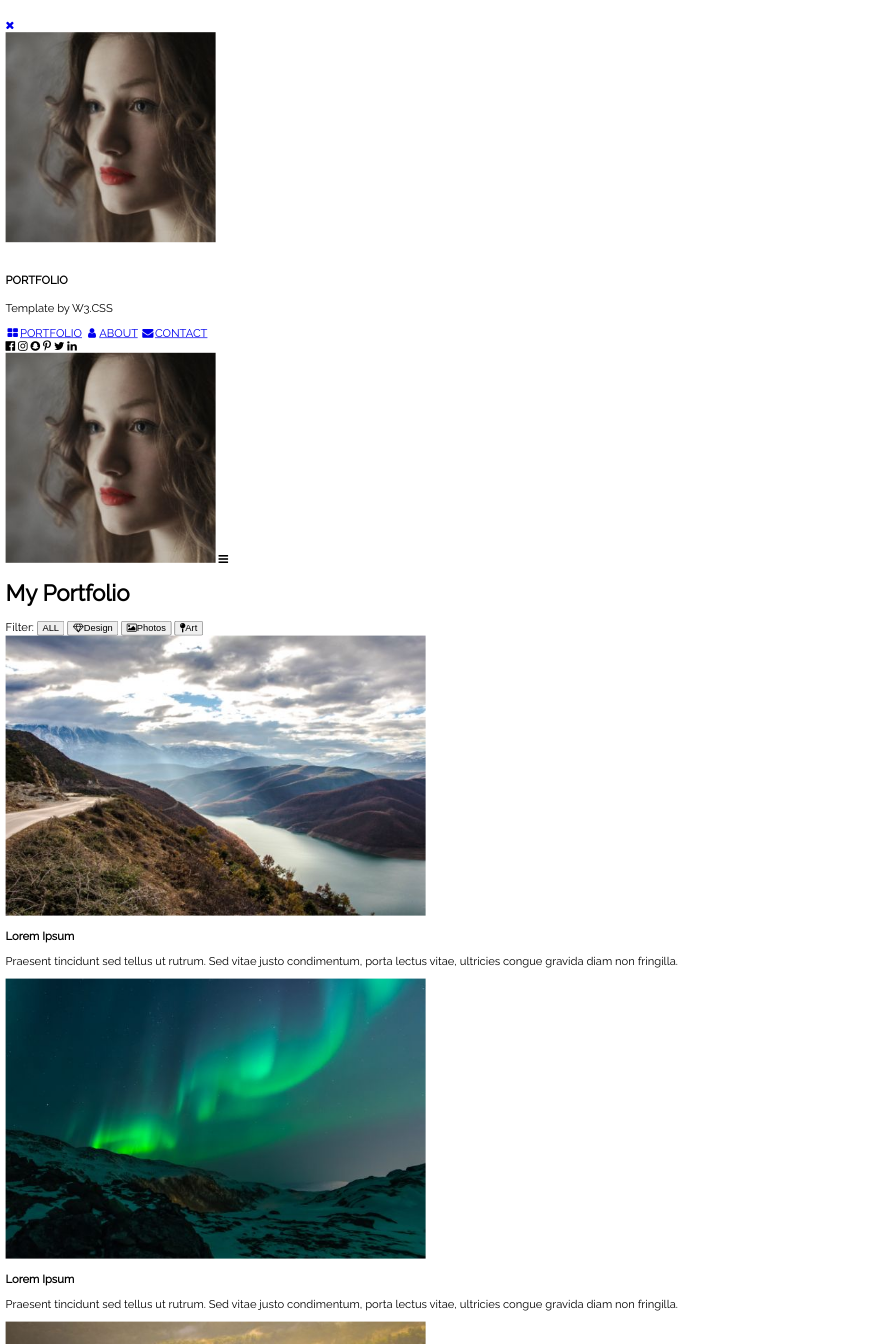
Repository: hesshess/clonecoding-assignment
Page: 5-nature-portfolio/template5.html
These files come from the project's save history. The page is drawn as it stood at one moment and after the next save; the edit follows.
The browser window is 1280 px wide. The pictures show the part of the page from y = 0 to 1920 px (the page is 6533 px tall before and 6248 px after), at 70% of full size.

Above is the page before, as saved 2022-03-18 14:02:38.

After the next save:
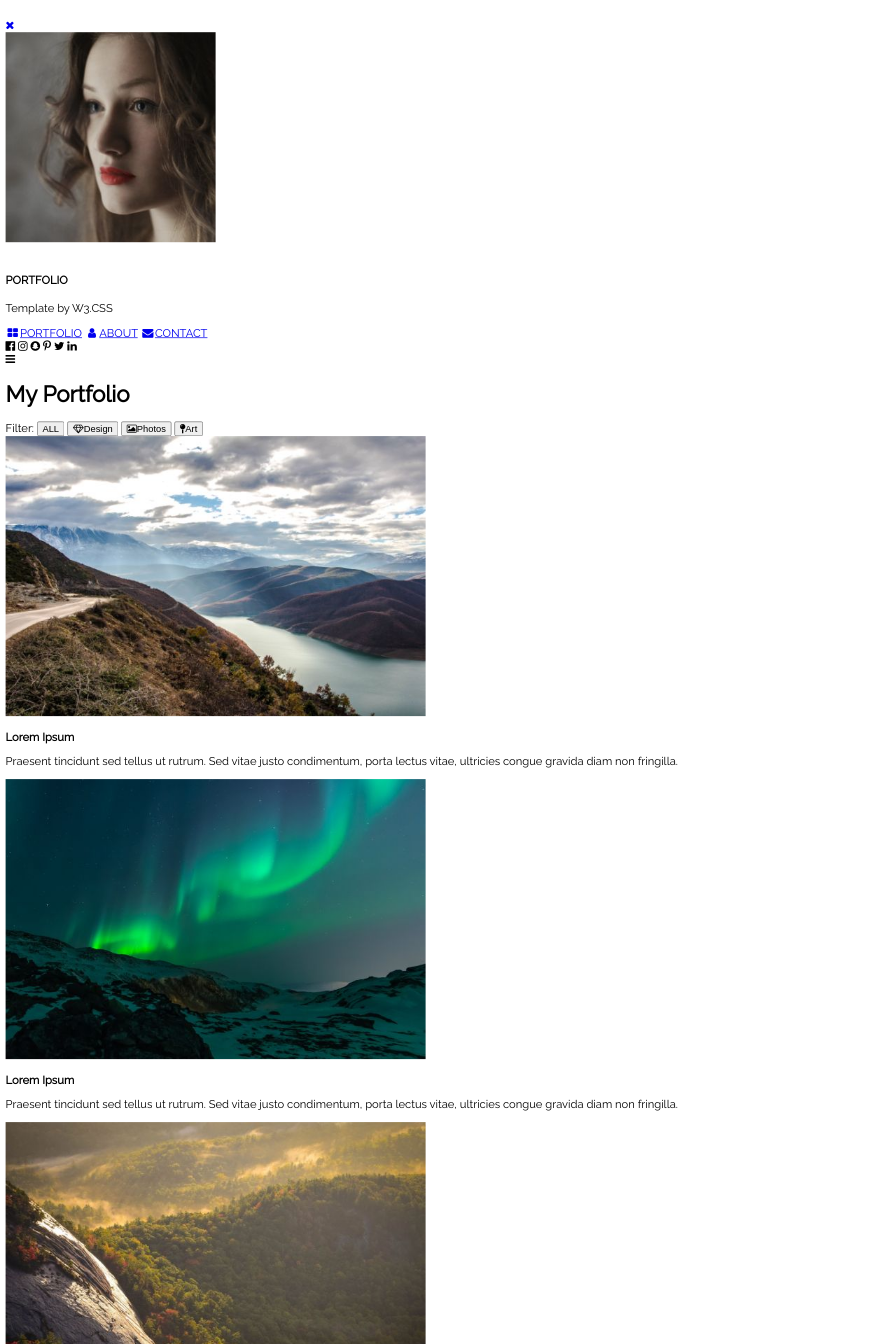
Saved 2 h 46 min later.
--- a/5-nature-portfolio/template5.html
+++ b/5-nature-portfolio/template5.html
@@ -77,11 +77,7 @@
     <div >
       <!-- Header -->
       <header id="portfolio">
-        <a href="#"
-          ><img
-            src="./img/avatar_g2.jpg"
-
-        /></a>
+
         <span
 
           ><i class="fa fa-bars"></i
